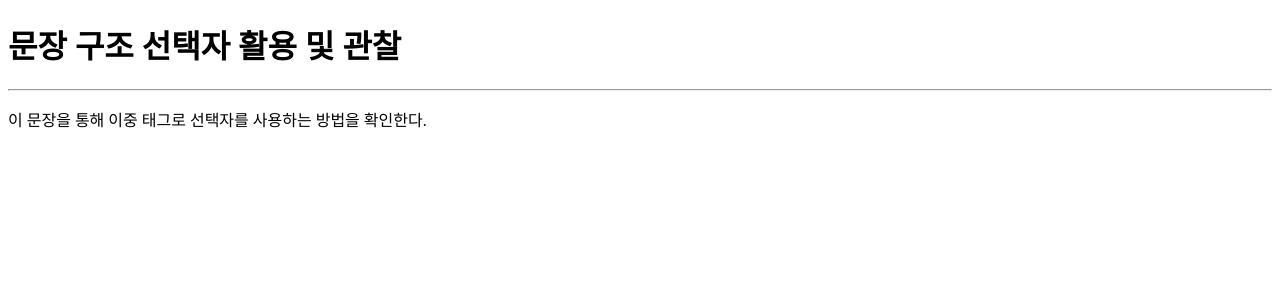
Repository: lolsoyeon/WebStudy
Page: WebApp02/WebContent/Test005.html
An editor plug-in stored every save of this project. The page is shown before and after the next save, followed by the edit.
The browser window is 1280 px wide. The pictures show the whole page.

Above is the page before, as saved 2022-09-28 02:01:33.

### WebApp02/WebContent/Test005.html
<!DOCTYPE html>
<html>
<head>
<meta charset="UTF-8">
<title>Test005.html</title>
</head>
<body>

<div>
	<h1>문장 구조 선택자 활용 및 관찰</h1>
	<hr>
</div>

<p>이 문장을 통해 이중 태그로 선택자를 사용하는 방법을 확인한다.</p>

</body>
</html>

After the next save:
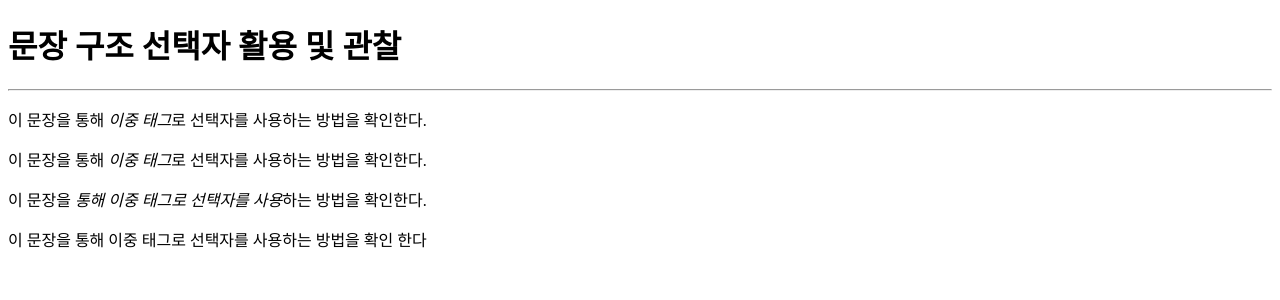
Saved 2 min 22 s later.
--- a/WebApp02/WebContent/Test005.html
+++ b/WebApp02/WebContent/Test005.html
@@ -11,7 +11,12 @@
 	<hr>
 </div>
 
-<p>이 문장을 통해 이중 태그로 선택자를 사용하는 방법을 확인한다.</p>
+<p>이 문장을 통해 <i>이중 태그</i>로 선택자를 사용하는 방법을 확인한다.</p>
 
+<p>이 문장을 <span>통해 <i>이중 태그</i>로 선택자를 사용</span>하는 방법을 확인한다.</p>
+
+<p>이 문장을 <i>통해 <span>이중 태그</span>로 선택자를 사용</i>하는 방법을 확인한다.</p>
+
+<span>이 문장을 통해 이중 태그로 선택자를 사용하는 방법을 확인 한다</span>
 </body>
 </html>
